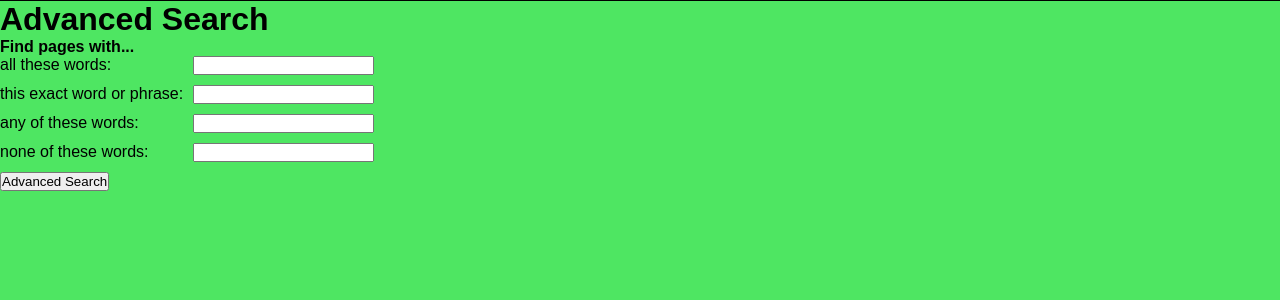
Repository: etentuk/search
Page: advanced_search.html
These files come from the project's save history. The page is drawn as it stood at one moment and after the next save; the edit follows.
The browser window is 1280 px wide. The pictures show the whole page.

Above is the page before, as saved 2021-11-04 23:07:06.

After the next save:
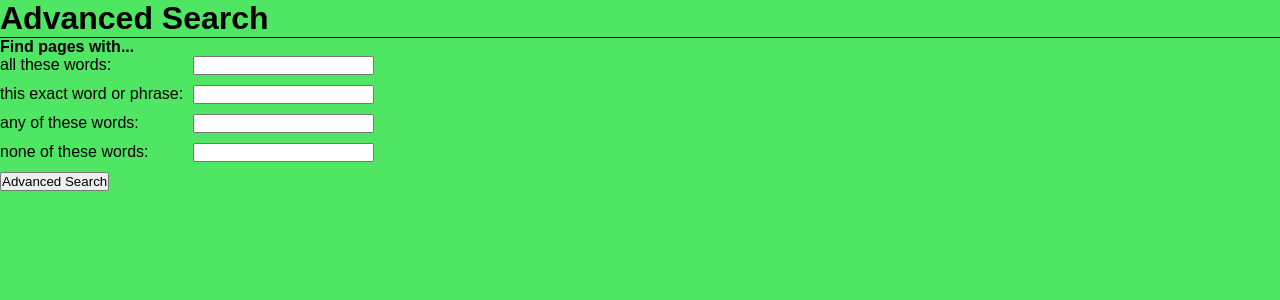
Saved 29 s later.
--- a/styles.css
+++ b/styles.css
@@ -23,7 +23,7 @@ label {
 }
 
 #title {
-  border-top: 1px solid black;
+  border-bottom: 1px solid black;
   /* border-width: 10px; */
 }
 
